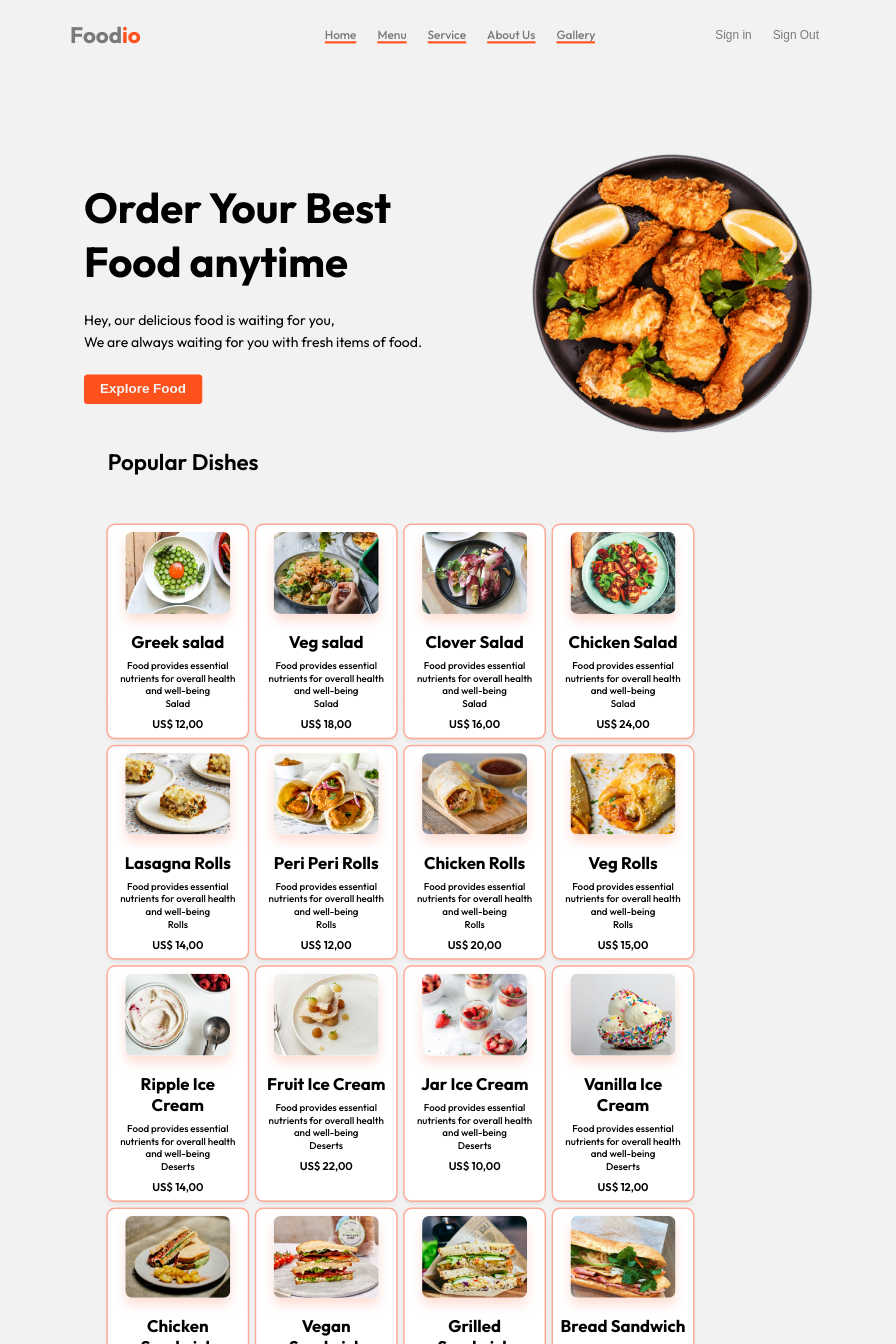
Repository: guilhermecardoso93/foodio
Page: /
An editor plug-in stored every save of this project. The page is shown before and after the next save, followed by the edit.
The browser window is 1280 px wide. The pictures show the part of the page from y = 0 to 1920 px (the page is 3433 px tall before and 3465 px after), at 70% of full size.
The project was rebuilt for these pictures with package versions that can differ from the ones it lists, and the page was loaded fresh each time. Also part of the build but not shown: vite.config.js, src/index.css.

Above is the page before, as saved 2024-11-05 20:23:25.

### index.html
<!doctype html>
<html lang="en">

<head>
    <meta charset="UTF-8" />
    <link rel="icon" type="image/svg+xml" href="/" />
    <link rel="preconnect" href="https://fonts.googleapis.com">
    <link rel="preconnect" href="https://fonts.gstatic.com" crossorigin>
    <link href="https://fonts.googleapis.com/css2?family=Inter:ital,opsz,wght@0,14..32,100..900;1,14..32,100..900&family=Outfit:wght@100..900&display=swap" rel="stylesheet">
    <meta name="viewport" content="width=device-width, initial-scale=1.0" />
    <title>Foodio</title>
</head>

<body>
    <div id="root"></div>
    <script type="module" src="/src/main.jsx"></script>
</body>

</html>

### src/main.jsx
import { StrictMode } from "react";
import { createRoot } from "react-dom/client";
import { App } from "./App.jsx";

import "./index.css";
createRoot(document.getElementById("root")).render(
  <StrictMode>
    <App />
  </StrictMode>
);

### src/App.jsx
import "./App.css";
import { Main } from "./components/Main";
import { Menu } from "./components/Menu";

export function App() {
  return (
    <>
      <Menu />
      <Main />
    </>
  );
}

### src/App.css
*, ::after, ::before {
  margin: 0;
  padding: 0;
  box-sizing: border-box;
}

body {
  margin: 0 100px;
  background-color: #f2f2f2;
  font-family: "Outfit", serif;
}

### src/components/Main/index.jsx
import imagem1 from "../../assets/images/image1.png";
import imagem5 from "../../assets/images/image5.png";
import { food_list } from "../../assets/assets";
import { CardItem } from "../CardItem";

import "./styles.css";

export function Main() {
  return (
    <main>
      <section className="grid">
        <div className="content">
          <div className="content-left">
            <div className="info">
              <h2>
                Order Your Best
                <br />
                Food anytime
              </h2>
              <p>
                Hey, our delicious food is waiting for you, <br /> We are always
                waiting for you with fresh items of food.
              </p>
            </div>
            <button>Explore Food</button>
          </div>
          <div className="content-right">
            <img src={imagem1} alt="" />
            <img src={imagem5} alt="" />
            <img src={imagem1} alt="" />{" "}
          </div>
        </div>
      </section>
      <section className="category">
        <div className="list-items">
          <h3>Popular Dishes</h3>
          <div className="card-list">
            {food_list.map((item, index) => {
              return (
                <CardItem
                  image={item.image}
                  name={item.name}
                  price={item.price}
                  description={item.description}
                  category={item.category}
                  key={index}
                />
              );
            })}
          </div>
        </div>
      </section>
    </main>
  );
}

### src/components/Menu/index.jsx
import "./styles.css";

export function Menu() {
  function toggleMenu() {}

  return (
    <div className="navbar">
      <div className="navbar-logo">
        <h1>
          Food<b>io</b>
        </h1>
      </div>
      <div className="hamburguer" onClick={toggleMenu()}>
        <span className="bar"></span>
        <span className="bar"></span>
        <span className="bar"></span>
      </div>
      <ul className="navbar-link">
        <li className="active">
          <a href="/">Home</a>
        </li>
        <li className="active">
          <a href="/">Menu</a>
        </li>
        <li className="active">
          <a href="/">Service</a>
        </li>
        <li className="active">
          <a href="/">About Us</a>
        </li>
        <li className="active">
          <a href="/">Gallery</a>
        </li>
      </ul>
      <div className="auth-buttons">
        <input type="submit" className="sign" value="Sign in" name="signin" />
        <input type="submit" className="sign" value="Sign Out" name="signout" />
      </div>
    </div>
  );
}

### src/assets/assets.js

import food_1 from './food/food_1.png'
import food_2 from './food/food_2.png'
import food_3 from './food/food_3.png'
import food_4 from './food/food_4.png'
import food_5 from './food/food_5.png'
import food_6 from './food/food_6.png'
import food_7 from './food/food_7.png'
import food_8 from './food/food_8.png'
import food_9 from './food/food_9.png'
import food_10 from './food/food_10.png'
import food_11 from './food/food_11.png'
import food_12 from './food/food_12.png'
import food_13 from './food/food_13.png'
import food_14 from './food/food_14.png'
import food_15 from './food/food_15.png'
import food_16 from './food/food_16.png'
import food_17 from './food/food_17.png'
import food_18 from './food/food_18.png'
import food_19 from './food/food_19.png'
import food_20 from './food/food_20.png'
import food_21 from './food/food_21.png'
import food_22 from './food/food_22.png'
import food_23 from './food/food_23.png'
import food_24 from './food/food_24.png'
import food_25 from './food/food_25.png'
import food_26 from './food/food_26.png'
import food_27 from './food/food_27.png'
import food_28 from './food/food_28.png'
import food_29 from './food/food_29.png'
import food_30 from './food/food_30.png'
import food_31 from './food/food_31.png'
import food_32 from './food/food_32.png'


export const food_list = [
    {
        _id: "1",
        name: "Greek salad",
        image: food_1,
        price: 12,
        description: "Food provides essential nutrients for overall health and well-being",
        category: "Salad"
    },
    {
        _id: "2",
        name: "Veg salad",
        image: food_2,
        price: 18,
        description: "Food provides essential nutrients for overall health and well-being",
        category: "Salad"
    }, {
        _id: "3",
        name: "Clover Salad",
        image: food_3,
        price: 16,
        description: "Food provides essential nutrients for overall health and well-being",
        category: "Salad"
    }, {
        _id: "4",
        name: "Chicken Salad",
        image: food_4,
        price: 24,
        description: "Food provides essential nutrients for overall health and well-being",
        category: "Salad"
    }, {
        _id: "5",
        name: "Lasagna Rolls",
        image: food_5,
        price: 14,
        description: "Food provides essential nutrients for overall health and well-being",
        category: "Rolls"
    }, {
        _id: "6",
        name: "Peri Peri Rolls",
        image: food_6,
        price: 12,
        description: "Food provides essential nutrients for overall health and well-being",
        category: "Rolls"
    }, {
        _id: "7",
        name: "Chicken Rolls",
        image: food_7,
        price: 20,
        description: "Food provides essential nutrients for overall health and well-being",
        category: "Rolls"
    }, {
        _id: "8",
        name: "Veg Rolls",
        image: food_8,
        price: 15,
        description: "Food provides essential nutrients for overall health and well-being",
        category: "Rolls"
    }, {
        _id: "9",
        name: "Ripple Ice Cream",
        image: food_9,
        price: 14,
        description: "Food provides essential nutrients for overall health and well-being",
        category: "Deserts"
    }, {
        _id: "10",
        name: "Fruit Ice Cream",
        image: food_10,
        price: 22,
        description: "Food provides essential nutrients for overall health and well-being",
        category: "Deserts"
    }, {
        _id: "11",
        name: "Jar Ice Cream",
        image: food_11,
        price: 10,
        description: "Food provides essential nutrients for overall health and well-being",
        category: "Deserts"
    }, {
        _id: "12",
        name: "Vanilla Ice Cream",
        image: food_12,
        price: 12,
        description: "Food provides essential nutrients for overall health and well-being",
        category: "Deserts"
    },
    {
        _id: "13",
        name: "Chicken Sandwich",
        image: food_13,
        price: 12,
        description: "Food provides essential nutrients for overall health and well-being",
        category: "Sandwich"
    },
    {
        _id: "14",
        name: "Vegan Sandwich",
        image: food_14,
        price: 18,
        description: "Food provides essential nutrients for overall health and well-being",
        category: "Sandwich"
    }, {
        _id: "15",
        name: "Grilled Sandwich",
        image: food_15,
        price: 16,
        description: "Food provides essential nutrients for overall health and well-being",
        category: "Sandwich"
    }, {
        _id: "16",
        name: "Bread Sandwich",
        image: food_16,
        price: 24,
        description: "Food provides essential nutrients for overall health and well-being",
        category: "Sandwich"
    }, {
        _id: "17",
        name: "Cup Cake",
        image: food_17,
        price: 14,
        description: "Food provides essential nutrients for overall health and well-being",
        category: "Cake"
    }, {
        _id: "18",
        name: "Vegan Cake",
        image: food_18,
        price: 12,
        description: "Food provides essential nutrients for overall health and well-being",
        category: "Cake"
    }, {
        _id: "19",
        name: "Butterscotch Cake",
        image: food_19,
        price: 20,
        description: "Food provides essential nutrients for overall health and well-being",
        category: "Cake"
    }, {
        _id: "20",
        name: "Sliced Cake",
        image: food_20,
        price: 15,
        description: "Food provides essential nutrients for overall health and well-being",
        category: "Cake"
    }, {
        _id: "21",
        name: "Garlic Mushroom ",
        image: food_21,
        price: 14,
        description: "Food provides essential nutrients for overall health and well-being",
        category: "Pure Veg"
    }, {
        _id: "22",
        name: "Fried Cauliflower",
        image: food_22,
        price: 22,
        description: "Food provides essential nutrients for overall health and well-being",
        category: "Pure Veg"
    }, {
        _id: "23",
        name: "Mix Veg Pulao",
        image: food_23,
        price: 10,
        description: "Food provides essential nutrients for overall health and well-being",
        category: "Pure Veg"
    }, {
        _id: "24",
        name: "Rice Zucchini",
        image: food_24,
        price: 12,
        description: "Food provides essential nutrients for overall health and well-being",
        category: "Pure Veg"
    },
    {
        _id: "25",
        name: "Cheese Pasta",
        image: food_25,
        price: 12,
        description: "Food provides essential nutrients for overall health and well-being",
        category: "Pasta"
    },
    {
        _id: "26",
        name: "Tomato Pasta",
        image: food_26,
        price: 18,
        description: "Food provides essential nutrients for overall health and well-being",
        category: "Pasta"
    }, {
        _id: "27",
        name: "Creamy Pasta",
        image: food_27,
        price: 16,
        description: "Food provides essential nutrients for overall health and well-being",
        category: "Pasta"
    }, {
        _id: "28",
        name: "Chicken Pasta",
        image: food_28,
        price: 24,
        description: "Food provides essential nutrients for overall health and well-being",
        category: "Pasta"
    }, {
        _id: "29",
        name: "Buttter Noodles",
        image: food_29,
        price: 14,
        description: "Food provides essential nutrients for overall health and well-being",
        category: "Noodles"
    }, {
        _id: "30",
        name: "Veg Noodles",
        image: food_30,
        price: 12,
        description: "Food provides essential nutrients for overall health and well-being",
        category: "Noodles"
    }, {
        _id: "31",
        name: "Somen Noodles",
        image: food_31,
        price: 20,
        description: "Food provides essential nutrients for overall health and well-being",
        category: "Noodles"
    }, {
        _id: "32",
        name: "Cooked Noodles",
        image: food_32,
        price: 15,
        description: "Food provides essential nutrients for overall health and well-being",
        category: "Noodles"
    }
]

### src/components/CardItem/index.jsx
import "./styles.css";

export function CardItem({ image, name, price, description, category }) {
  function formatarPreco(valor) {
    return new Intl.NumberFormat("pt-BR", {
      style: "currency",
      currency: "USD",
    }).format(valor);
  }

  return (
    <div className="card">
      <img src={image} alt="" />
      <div className="title">
        <h1>{name}</h1>
      </div>
      <div className="desc-food">
        <p>{description}</p>
        <p>{category}</p>
      </div>
      <div className="price">
        <span>{formatarPreco(price)}</span>
      </div>
    </div>
  );
}

### src/components/Main/styles.css
.content {
  display: grid;
  grid-template-columns: 50% auto;
  margin-top: 100px;
  gap: 30px;
  align-items: center;
  justify-content: space-between;
  width: 100%;
}

.content-left {
  display: block;
  width: 100%;
}

.content-left .info {
  max-width: 100%;
  display: flex;
  flex-direction: column;
}

.content-left .info h2 {
  font-size: 60px;
  margin-bottom: 30px;
}

.content-left .info p {
  font-size: 20px;
  line-height: 2pc;
  margin-bottom: 30px;
}

.content-left button {
  padding: 10px 23px;
  background-color: #ff511c;
  color: #f2f2f2;
  border-radius: 5px;
  border: none;
  cursor: pointer;
  font-weight: 600;
  font-size: 1.2rem;
  margin-bottom: 5px;
}

.content-left button:hover {
  color: #ff511c;
  background-color: #f2f2f2;
  border: solid 2px #ff511c;
  padding: 8px 21px;
}

.grid {
  width: 100%;
  max-width: 1200px;
  margin: 0 auto;
  padding: 20px;
}

.content-right {
  position: relative;
  height: 400px;
  width: 400px;
  display: flex;
  justify-content: center;
  align-items: center;
}

.content-right img {
  position: absolute;
  width: 100%;
  height: 100%;
  object-fit: cover;
  opacity: 0;
  animation: imageSwitch 15s infinite, rotate 3s linear infinite;
  transform-origin: center center;
}

.content-right img:nth-child(1) {
  animation-delay: 0s;
}

.content-right img:nth-child(2) {
  animation-delay: 5s;
}

.content-right img:nth-child(3) {
  animation-delay: 10s;
}

@keyframes rotate {
  from {
    transform: rotate(0deg);
  }

  to {
    transform: rotate(360deg);
  }
}

@keyframes imageSwitch {
  0%, 33% {
    opacity: 1;
  }

  34%, 100% {
    opacity: 0;
  }
}

.category {
  width: 100%;
  display: flex;
  margin-bottom: 50px;
  justify-content: center;
}

.category .list-items {
  width: 90%;
  position: relative;
  position: relative;
}

.category .list-items h3 {
  font-size: 2rem;
  font-weight: 600;
  margin-bottom: 70px;
}

.category .list-items .card-list {
  display: flex;
  flex-wrap: wrap;
  gap: 12px;
}

### src/components/Menu/styles.css
.navbar {
  width: 100%;
  display: flex;
  justify-content: space-between;
  align-items: center;
  padding: 30px 0;
}

.navbar-logo {
  font-weight: 600;
  color: rgb(122, 122, 122);
}

.navbar-logo b {
  color: #ff511c;
}

.navbar-link {
  display: flex;
  list-style: none;
}

.navbar-link li {
  margin-right: 30px;
}

.navbar-link li a {
  text-decoration: none;
  color: rgb(122, 122, 122);
  font-weight: 500;
  font-size: 17px;
}

.navbar-link li a:hover {
  color: #ff511c;
}

.navbar-link .active::after {
  content: "";
  width: 100%;
  height: 3px;
  background-color: #ff511c;
  display: flex;
  position: relative;
  margin-top: 3x;
}

.auth-buttons {
  display: flex;
  align-items: center;
  gap: 10px;
}

input {
  padding: 10px;
  cursor: pointer;
  font-weight: 600;
}

.sign {
  background: transparent;
  border: none;
  color: rgb(122, 122, 122);
  font-weight: 500;
  font-size: 17px;
  text-decoration: none;
}

.sign:hover {
  background-color: #ff511c;
  border-radius: 10px;
  color: black;
}

### src/components/CardItem/styles.css
.card {
  width: 200px;
  min-height: 250px;
  /* Define uma altura mínima para o cartão */
  display: flex;
  flex-direction: column;
  align-items: center;
  padding: 10px;
  border-radius: 10px;
  position: relative;
  background-color: #ffffff;
  outline: 2px solid #ffaa96;
  box-shadow: 0 4px 8px rgba(0, 0, 0, 0.1);
}

.card img {
  width: 100%;
  max-width: 150px;
  height: auto;
  border-radius: 10px;
  object-fit: cover;
  object-position: center;
  background-repeat: no-repeat;
  box-shadow: 0 10px 15px rgba(250, 173, 150, 0.4);
  /* Ajusta a sombra */
  margin-bottom: 15px;
  /* Espaço entre a imagem e o conteúdo abaixo */
}

.card .title {
  padding: 10px 0 10px;
}

.card .title h1 {
  text-align: center;
  font-weight: bold;
  font-size: 1.5rem;
}

.desc-food p {
  font-size: 14px;
  text-align: center;
  font-weight: 500;
}

.price {
  display: flex;
  align-items: center;
  margin-top: 10px;
  justify-content: space-between;
  font-weight: 600;
}

.card-content {
  text-align: center;
  /* Centraliza o conteúdo */
  padding: 5px;
}

After the next save:
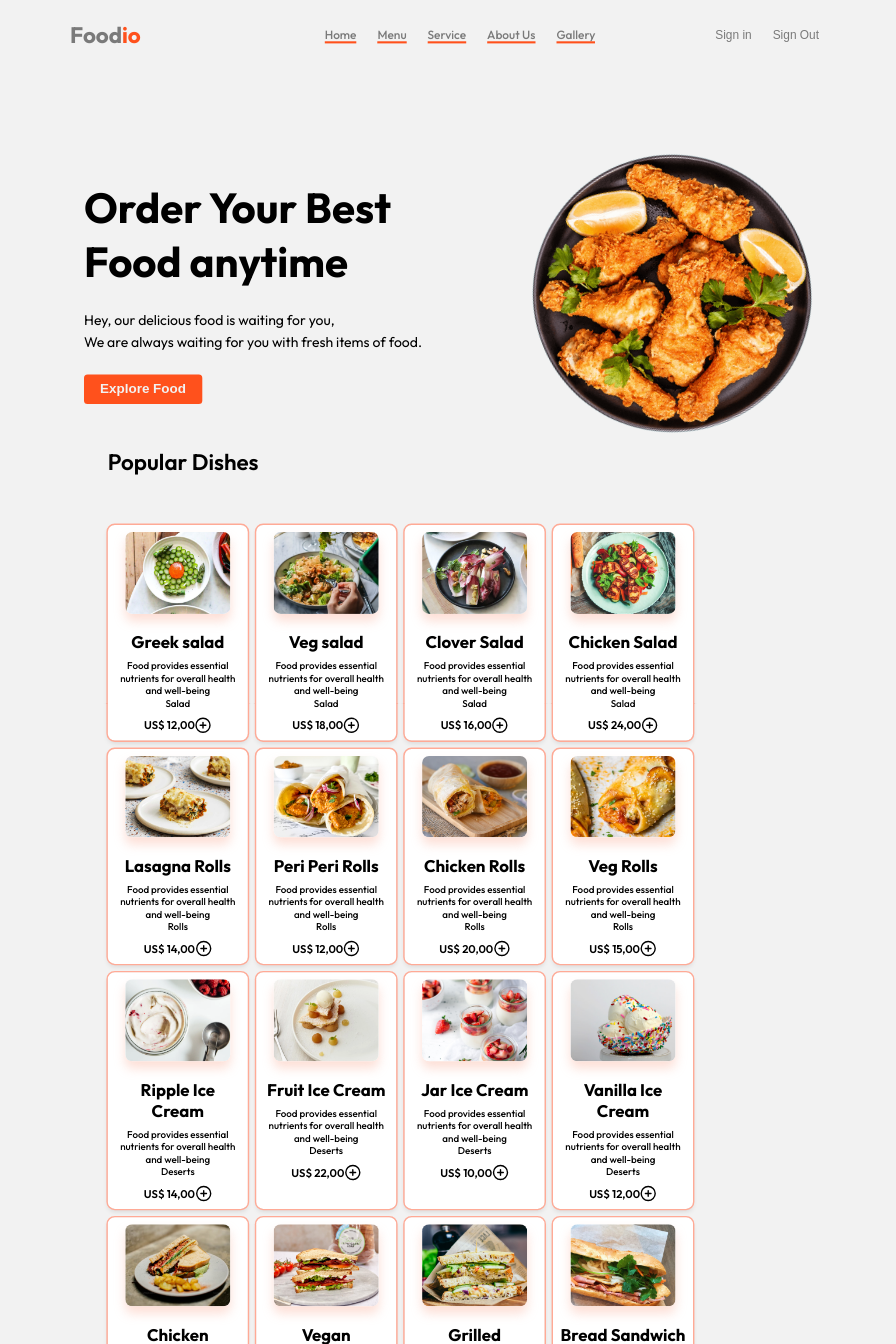
Saved 26 s later.
--- a/src/components/CardItem/index.jsx
+++ b/src/components/CardItem/index.jsx
@@ -1,3 +1,4 @@
+import { PlusCircle } from "lucide-react";
 import "./styles.css";
 
 export function CardItem({ image, name, price, description, category }) {
@@ -20,6 +21,7 @@ export function CardItem({ image, name, price, description, category }) {
       </div>
       <div className="price">
         <span>{formatarPreco(price)}</span>
+        <PlusCircle />
       </div>
     </div>
   );
